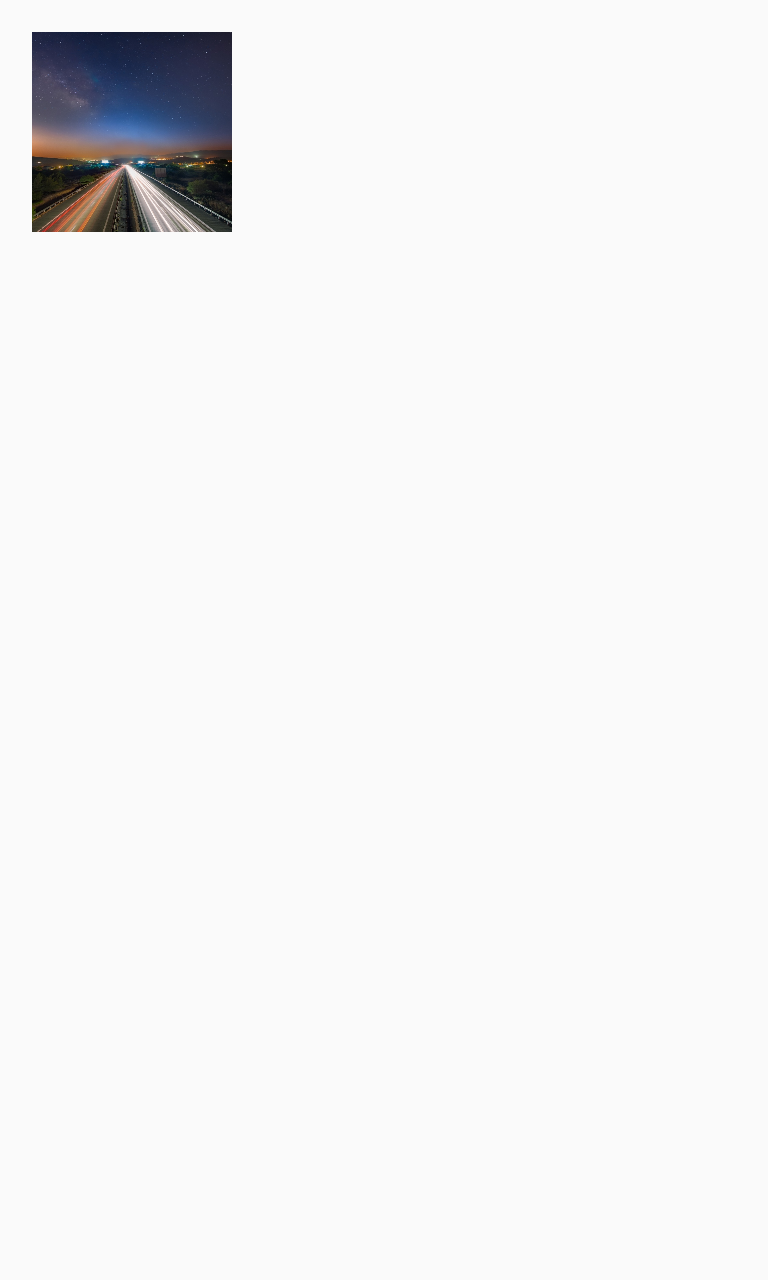
Repository: MarcSelles/nPuzzle10447768
Layout: NPuzzle10447768/res/layout/activity_main.xml
These files come from the project's save history. The layout is drawn as it stood at one moment and after the next save; the edit follows.
It is drawn on a 768 x 1280 px phone screen (xhdpi) without system bars, with theme AppTheme; the app's code is not run.

Above is the layout before, as saved 2014-11-22 17:17:44.

### NPuzzle10447768/res/layout/activity_main.xml
<RelativeLayout xmlns:android="http://schemas.android.com/apk/res/android"
    xmlns:tools="http://schemas.android.com/tools"
    android:layout_width="match_parent"
    android:layout_height="match_parent"
    android:paddingBottom="@dimen/activity_vertical_margin"
    android:paddingLeft="@dimen/activity_horizontal_margin"
    android:paddingRight="@dimen/activity_horizontal_margin"
    android:paddingTop="@dimen/activity_vertical_margin"
    tools:context="nl.mprog.projects.NPuzzle10447768.MainActivity" >

    <ImageView
        android:id="@+id/imageView1"
        android:layout_width="100"
        android:layout_height="100"
        android:src="@drawable/rush_hour" />

</RelativeLayout>

Loaded but not shown: NPuzzle10447768/res/values/styles.xml (common file); NPuzzle10447768/res/values-v11/styles.xml (common file); NPuzzle10447768/res/values-v14/styles.xml (common file); NPuzzle10447768/res/values/dimens.xml (common file); NPuzzle10447768/res/values-w820dp/dimens.xml (common file)

After the next save:
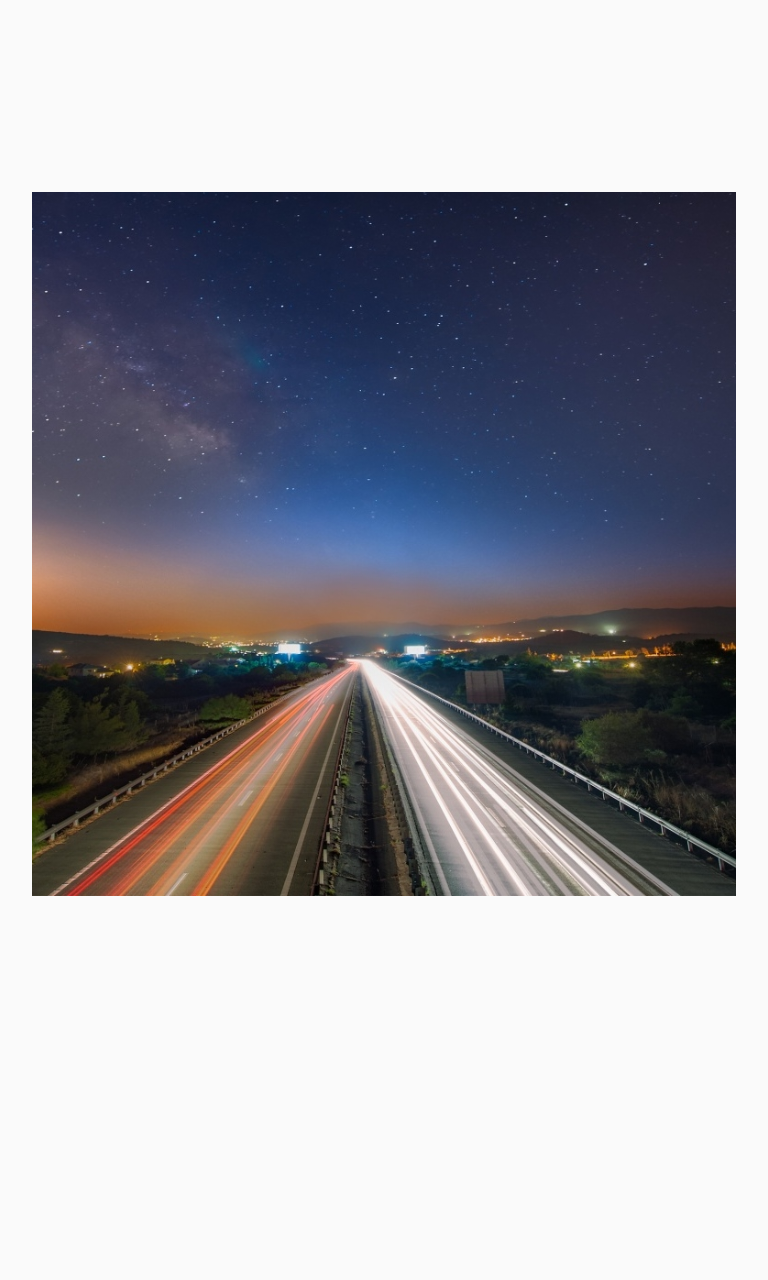
Saved 28 s later.
--- a/NPuzzle10447768/res/layout/activity_main.xml
+++ b/NPuzzle10447768/res/layout/activity_main.xml
@@ -10,8 +10,8 @@
 
     <ImageView
         android:id="@+id/imageView1"
-        android:layout_width="100"
-        android:layout_height="100"
+        android:layout_width="wrap_content"
+        android:layout_height="wrap_content"
         android:src="@drawable/rush_hour" />
 
 </RelativeLayout>
